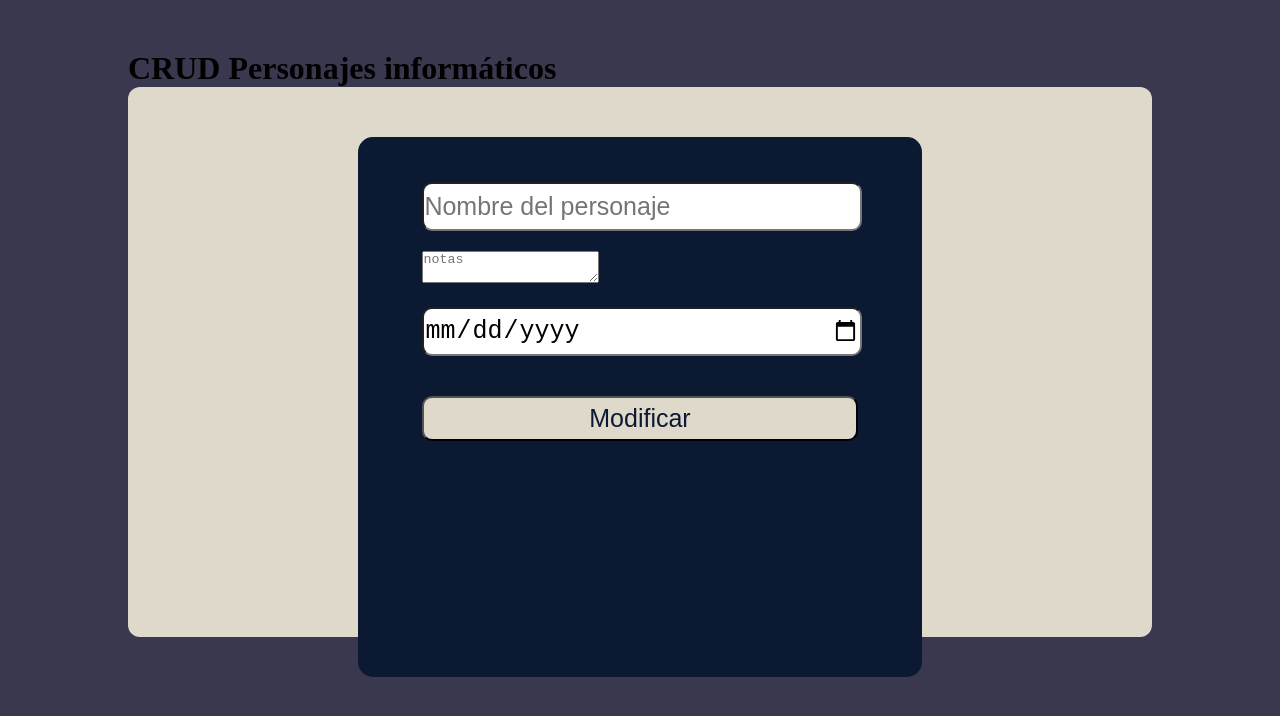
Repository: UAQJavaEveris/ProyectoFinalEdwin
Page: http://localhost/FrontOperativo/modificarPersonaje.jsp
The author's editor kept a copy of each file at every save. The page is drawn from the files as they stood at one save, then again after the next save.
The browser window is 1280 px wide. The pictures show the whole page.
The page is served by Tomcat 9. Other server files are loaded and not shown.

Above is the page before, as saved 2016-12-09 18:08:43.

### FrontOperativo/WebContent/modificarPersonaje.jsp
<%@ page language="java" contentType="text/html; charset=ISO-8859-1"
    pageEncoding="ISO-8859-1"%>
<!DOCTYPE HTML>
<html>
<head>
	<%@ taglib prefix="c"
	           uri="http://java.sun.com/jsp/jstl/core" %>
	<%@page import="mx.com.everis.tallerjava.services.*,
				mx.com.everis.tallerjava.clases.Consultas,
				java.util.*"%>

	<meta http-equiv="Content-Type" content="text/html; charset=ISO-8859-1">
	<title>Modificar Personaje</title>
	<link rel="stylesheet" type="text/css" href="estilos.css">
	<script type="text/javascript" src="funciones.js"></script>

</head>
<body>
<div class="encabezado">
	<h1>CRUD Personajes informáticos</h1>
</div>

<div class="contenido">
	<form class="formUpd" method="POST" action="DelUpServlet">
		<input type="text" name="nombrePersonaje" placeholder="Nombre del personaje" required>
		<textarea name="descripcion" placeholder="notas"></textarea>
		<input type="date" name ="fechaNacimiento" placeholder="Fecha nacimiento (AAAA-MM-DD)" required>
		<button type="submit" name="opcion" value="1">Modificar</button>

	</form>


</div>


</body>
</html>

### FrontOperativo/WebContent/estilos.css
*{
	margin: 0px;
	padding: 0px;
}

body{
	padding: 50px 10% 50px 10%;
	background-color: #39384e;
}

div.encabezado{
	width: 100%;
	float: left;
}

div.contenido{
	background-color: #dfd9cb;
	width: 60%;
	height: 450px;
	padding: 50px 20% 50px 20%;
	overflow: auto;
	border-radius: 12px;
	float: left;
}

div.campoPersonaje{
	width: 100%;
	height: 350px;
	background-color: #0c1932;
	margin-bottom: 30px;
	color: #fff;
	border-radius: 12px;
	float: left;
	overflow: auto;
}

	div.campoEncabezado{
		padding-left: 5%;
		padding-right: 5%;
		width: 90%;
		background-color: #545048;
		color: #ede9e1;
		float: left;
	}

		div.campoEncabezado h4{
			float: left;
			width: 100%;
			text-align: center;
			font-size: 35px;
		}


	div.campoContenido{
		padding: 5px 5% 5px 5%;
		width: 90%;
		float: left;

	}
		div.campoContenido h4{
			float: left;
			width: 100%;
			text-align: center;
			font-size: 25px;
		}
		div.campoContenido h5{
			float: left;
			width: 100%;
			font-size: 18px;
		}
		div.campoContenido h6{
			float: left;
			width: 100%;
			text-align: center;
			font-size: 20px;
			margin-bottom: 15px;
		}

	div.campoBotones{
		padding: 15px 5% 5px 5%;
		width: 90%;
		float: left;
		margin-bottom: 25px;
	}

	div.campoBotones button{
		width: 20%;
		heigth: 25px;
		font-size: 20px;
		border-radius: 8px;
	}

div.wrapper{
	text-align: center;
}

.formModal{
	width: 34%;
	height: 500px;
	background-color: black;
	top: 50%;
	left: 50%;
	margin-left: -22%;
	margin-top: -250px;
	background-color: #0c1932;
	border-radius: 15px;
	padding: 25px 5% 15px 5%;
	position: absolute;
	overflow-y: auto;
}

.formModal input{
	width: 100%;
	height: 45px;
	font-size: 25px;
	margin: 20px 0px 20px 0px;
	border-radius: 10px;
}
.formModal button[type="submit"]{
	width: 100%;
	height: 45px;
	font-size: 25px;
	margin: 20px 0px 20px 0px;
	border-radius: 10px;
	background-color: #dfd9cb;
	color: #0c1932;

}


.formModal h4{
	color: white;
	font-size: 40px;
	text-align: center;
	margin-bottom: 15px;
	float: left;
}

button.cerrarModal{
	width: 35px;
	height: 35px;
	font-size: 25px;
	color: #fff;
	background-color: red;
	border-radius: 5px;
	float: right;
}

button.cerrarModal:hover{
	background-color: #cc0000;
}
.vtnModal{
	width: 100%;
	height: 100%;
	background-image: url(bg-modal.png);
	top: 0px;
	left: 0px;
	position: fixed;
	display: none;
}

.vtnModal textarea{
	width: 100%;
	height: 110px;
	font-size: 20px;
	resize: none;
}



.formUpd{
	width: 34%;
	height: 500px;
	background-color: black;
	left: 50%;
	margin-left: -22%;
	background-color: #0c1932;
	border-radius: 15px;
	padding: 25px 5% 15px 5%;
	position: absolute;
	overflow-y: auto;
}

.formUpd input{
	width: 100%;
	height: 45px;
	font-size: 25px;
	margin: 20px 0px 20px 0px;
	border-radius: 10px;
}
.formUpd button[type="submit"]{
	width: 100%;
	height: 45px;
	font-size: 25px;
	margin: 20px 0px 20px 0px;
	border-radius: 10px;
	background-color: #dfd9cb;
	color: #0c1932;

}

### FrontOperativo/WebContent/funciones.js
function nav(dir){
	window.location.href = dir;
}

function openModal(idModal){
	modalWin = document.getElementById(idModal);
	modalWin.style.display = "initial";
}

function closeModal(idModal){
	modalWin = document.getElementById(idModal);
	modalWin.style.display = "none";

	var inputs = document.getElementsByTagName('input');

    for (var i = 0; i<inputs.length; i++) {
    	if (inputs[i].type == 'text') {
    		inputs[i].value = '';
    	}
    }

    var textareas = document.getElementsByTagName('textarea');
    for (var i = 0; i<textareas.length; i++)
    	textareas[i].value = "";
}

After the next save:
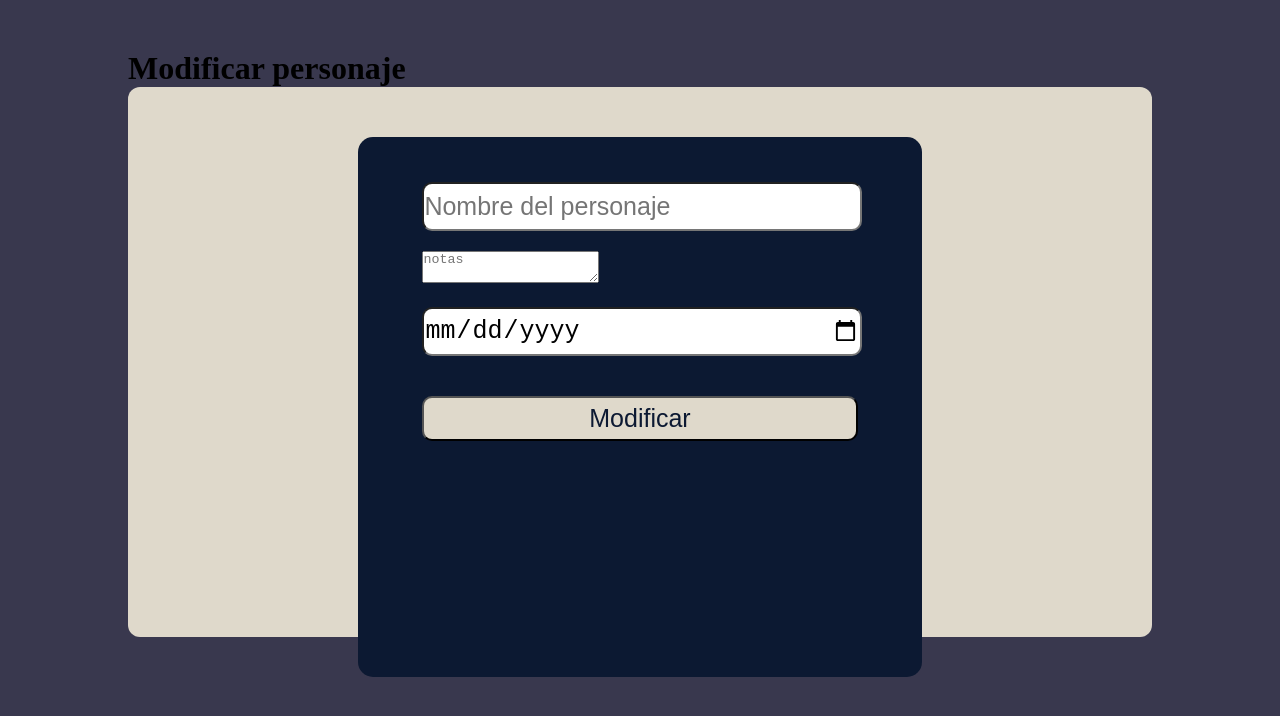
Saved 7 s later.
--- a/FrontOperativo/WebContent/modificarPersonaje.jsp
+++ b/FrontOperativo/WebContent/modificarPersonaje.jsp
@@ -17,7 +17,7 @@
 </head>
 <body>
 <div class="encabezado">
-	<h1>CRUD Personajes informáticos</h1>
+	<h1>Modificar personaje</h1>
 </div>
 
 <div class="contenido">
